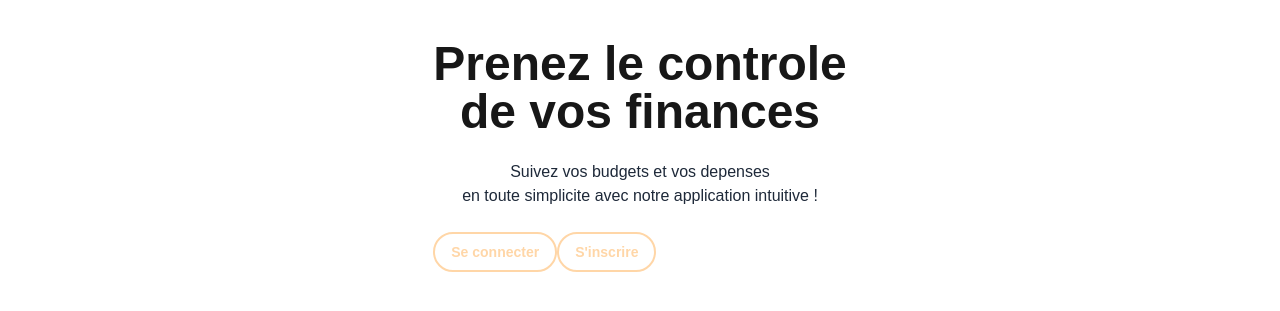
Repository: gitPaved/etrack-v1
Page: /
An editor plug-in stored every save of this project. The page is shown before and after the next save, followed by the edit.
The browser window is 1280 px wide. The pictures show the whole page.
The project was rebuilt for these pictures with package versions that can differ from the ones it lists, and the page was loaded fresh each time. The framework's server and built-in components were replaced by stand-ins that run in the browser. Also part of the build but not shown: next.config.ts.

Above is the page before, as saved 2025-03-03 16:26:51.

### app/layout.tsx
import type { Metadata } from "next";
import { Geist, Geist_Mono } from "next/font/google";
import "./globals.css";

const geistSans = Geist({
  variable: "--font-geist-sans",
  subsets: ["latin"],
});

const geistMono = Geist_Mono({
  variable: "--font-geist-mono",
  subsets: ["latin"],
});

export const metadata: Metadata = {
  title: "Create Next App",
  description: "Generated by create next app",
};

export default function RootLayout({
  children,
}: Readonly<{
  children: React.ReactNode;
}>) {
  return (
    <html lang="en" data-theme="cupcake">
      <body
        className={`${geistSans.variable} ${geistMono.variable} antialiased`}
      >
        {children}
      </body>
    </html>
  );
}

### app/page.tsx
import Image from "next/image";
import Link from "next/link";

export default function Home() {
  return (
    <div className="flex items-center justify-between flex-col py-10 w-full">
      <div>
        <div className="flex flex-col">
          <h1 className="text-4xl md:text-5xl font-bold text-center">
            Prenez le controle <br /> de vos finances
          </h1>
          <p className="py-6 text-gray-800 text-center">
            Suivez vos budgets et vos depenses <br /> en toute simplicite avec notre application intuitive !
          </p>
          <div>
            <Link href={""} className="btn btn-sm md:btn-md btn-outline btn-accent">Se connecter</Link>
            <Link href={""} className="btn btn-sm md:btn-md btn-outline btn-accent">S'inscrire </Link>

          </div>
        </div>
      </div>
    </div>
  );
}

### app/globals.css
@import "tailwindcss";
@plugin "daisyui" {
  themes: light --default, dark --prefersdark, cupcake;
}

@theme {
  --font-sans: var(--font-geist-sans);
  --font-mono: var(--font-geist-mono);
}

:root {
  --background: #ffffff;
  --foreground: #171717;
}

@media (prefers-color-scheme: dark) {
  :root {
    --background: #0a0a0a;
    --foreground: #ededed;
  }
}

body {
  color: var(--foreground);
  background: var(--background);
  font-family: Arial, Helvetica, sans-serif;
}

After the next save:
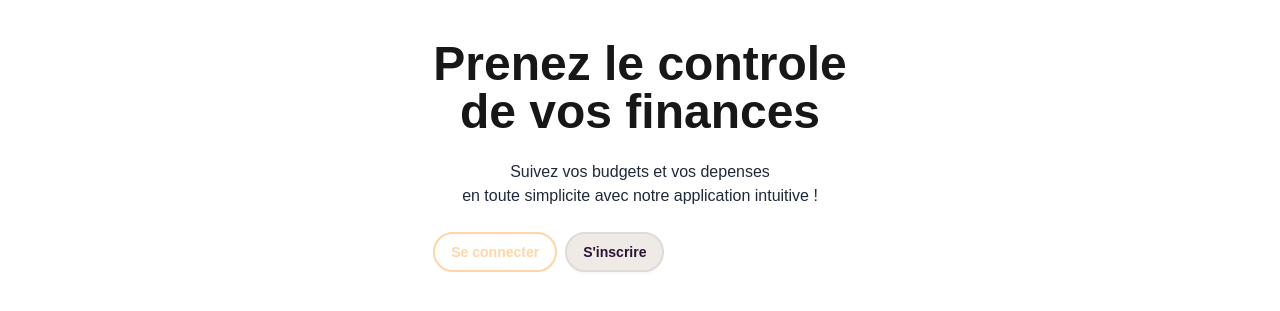
Saved 66 s later.
--- a/app/page.tsx
+++ b/app/page.tsx
@@ -14,7 +14,7 @@ export default function Home() {
           </p>
           <div>
             <Link href={""} className="btn btn-sm md:btn-md btn-outline btn-accent">Se connecter</Link>
-            <Link href={""} className="btn btn-sm md:btn-md btn-outline btn-accent">S'inscrire </Link>
+            <Link href={""} className="btn btn-sm md:btn-md ml-2">S'inscrire </Link>
 
           </div>
         </div>
